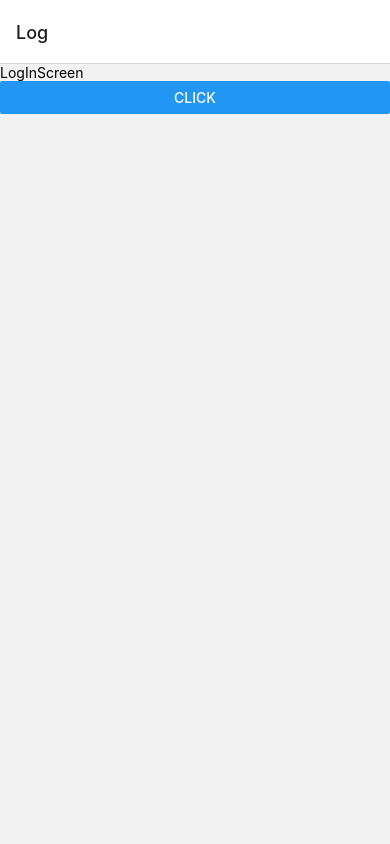
Repository: kgayathridevi/pregband
Screen: /
The author's editor kept a copy of each file at every save. The screen is drawn from the files as they stood at one save, then again after a run of saves.
The app was drawn by React Native's web renderer in a window 390 px wide. The project was rebuilt for these pictures with package versions that can differ from the ones it lists, and the page was loaded fresh each time. Also part of the build but not shown: component/SignUpScreen.jsx.

Above is the screen before, as saved 2023-04-28 11:46:37.

After the next 2 saves:
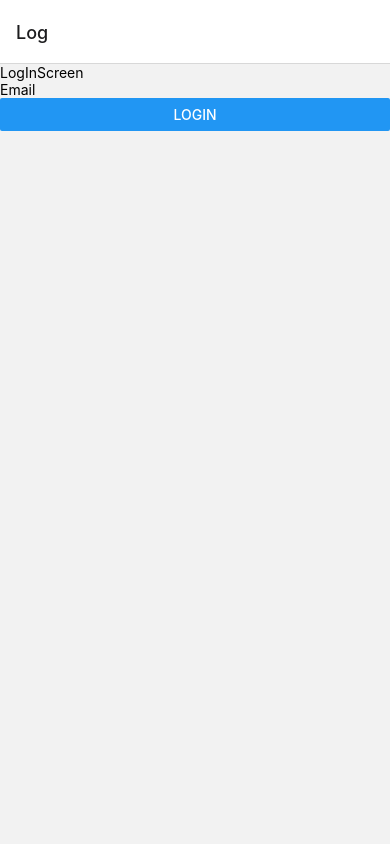
The 2 saves are shown as one change because 1 did not build or start.
The last was saved 2 min 1 s later.
--- a/component/LogInScreen.jsx
+++ b/component/LogInScreen.jsx
@@ -1,11 +1,12 @@
-import { Button, StyleSheet, Text, View } from "react-native";
+import { Button, StyleSheet, Text, TextInput, View } from "react-native";
 import React from "react";
 
 const LogInScreen = ({ navigation }) => {
   return (
     <View>
       <Text>LogInScreen</Text>
-      <Button title="click" onPress={() => navigation.navigate("Sign")} />
+      <TextInput placeholder="Email" />
+      <Button title="Login" onPress={() => navigation.navigate("Sign")} />
     </View>
   );
 };
